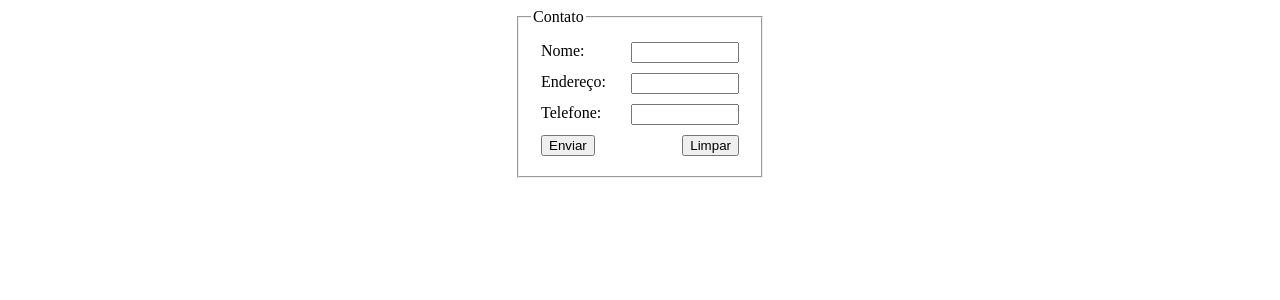
Repository: daniloserafim/trilha-backend-senai
Page: exemploServlet/WebContent/contato.html
These files come from the project's save history. The page is drawn as it stood at one moment and after the next save; the edit follows.
The browser window is 1280 px wide. The pictures show the whole page.

Above is the page before, as saved 2022-05-31 23:53:40.

After the next save:
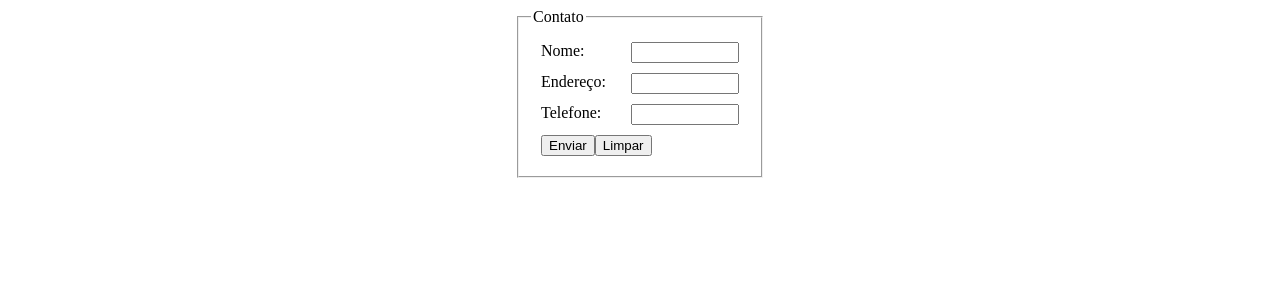
Saved 45 s later.
--- a/exemploServlet/WebContent/style.css
+++ b/exemploServlet/WebContent/style.css
@@ -30,5 +30,5 @@ input {
 	display: flex;
 	flex-direction: row;
 	margin: 10px;
-	justify-content: space-between;
+	justify-content: start;
 }
